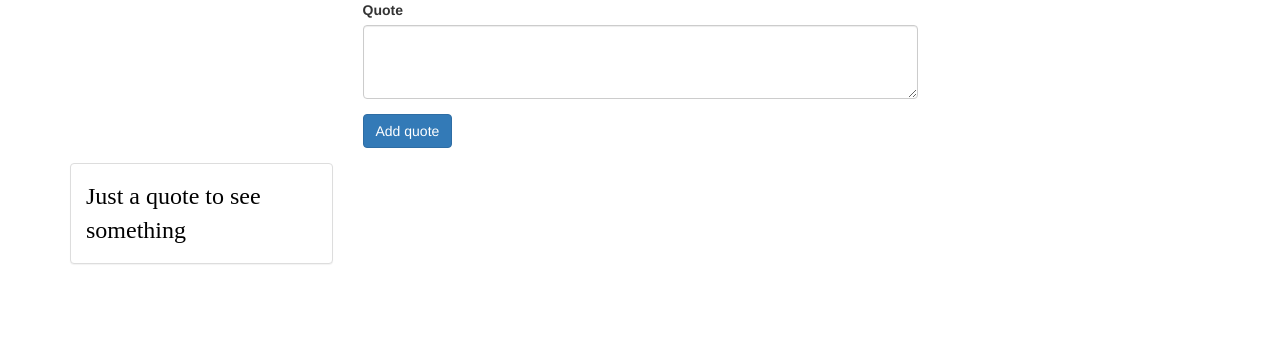
Repository: Azariagmt/Vue
Page: / (app in quote/Start/)
An editor plug-in stored every save of this project. The page is shown before and after the next save, followed by the edit.
The browser window is 1280 px wide. The pictures show the whole page.
Some web fonts or font styles are not loaded; a fallback is used. The project was rebuilt for these pictures with package versions that can differ from the ones it lists, and the page was loaded fresh each time. Also part of the build but not shown: quote/Start/webpack.config.js.

Above is the page before, as saved 2020-05-08 13:30:49.

After the next save:
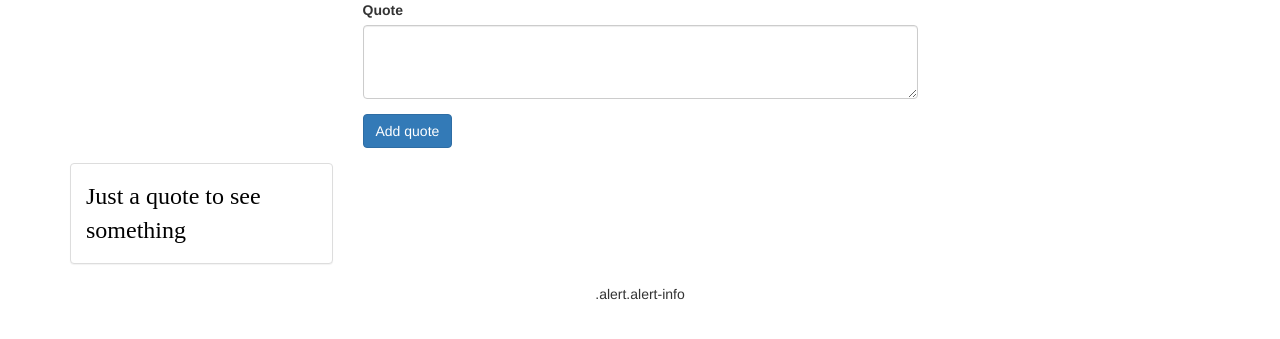
Saved 6 s later.
--- a/quote/Start/src/App.vue
+++ b/quote/Start/src/App.vue
@@ -4,7 +4,7 @@
     <app-quote-grid :quotes="quotes"></app-quote-grid>
     <div class="row">
         <div class="col-sm-12 text-center">
-
+            .alert.alert-info
         </div>
     </div>
     </div>
